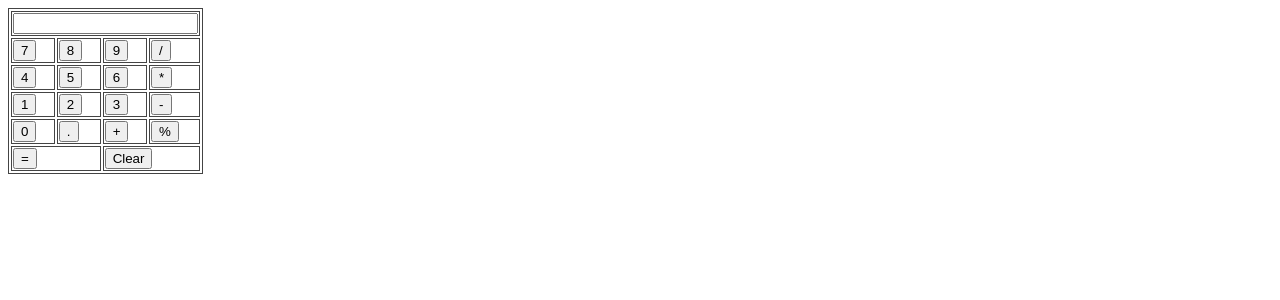
Repository: dhfkdlxm/Lecture-Web
Page: Lecture-Web/WebContent/html/exam/calc.html
An editor plug-in stored every save of this project. The page is shown before and after the next save, followed by the edit.
The browser window is 1280 px wide. The pictures show the whole page.

Above is the page before, as saved 2021-06-11 01:29:35.

### Lecture-Web/WebContent/html/exam/calc.html
<!DOCTYPE html>
<html>
<head>
<meta charset="UTF-8">
<title>Insert title here</title>
<style type="text/css">
table{
border : 1px solid  #444444;
}
th, td{
border : 1px solid  #444444;
}

</style>


</head>
<body>
	<table>
		<thead>
			<tr>
				<td colspan="4"><input type="text"></td>
			</tr>
			<tr>
				<td><input type="button" value="7" /></td>
				<td><input type="button" value="8" /></td>
				<td><input type="button" value="9" /></td>
				<td><input type="button" value="/" /></td>
			</tr>
			<tr>
				<td><input type="button" value="4" /></td>
				<td><input type="button" value="5" /></td>
				<td><input type="button" value="6" /></td>
				<td><input type="button" value="*" /></td>
			</tr>
			<tr>
				<td><input type="button" value="1" /></td>
				<td><input type="button" value="2" /></td>
				<td><input type="button" value="3" /></td>
				<td><input type="button" value="-" /></td>
			</tr>
			<tr>
				<td><input type="button" value="0" /></td>
				<td><input type="button" value="." /></td>
				<td><input type="button" value="+" /></td>
				<td><input type="button" value="%" /></td>
			</tr>
			<tr>
				<td colspan="2"><input type="button" value="=" /></td>
				<td colspan="2"><input type="button" value="Clear" /></td>
			</tr>

		</thead>
		<tbody>
		</tbody>

	</table>
</body>
</html>

After the next save:
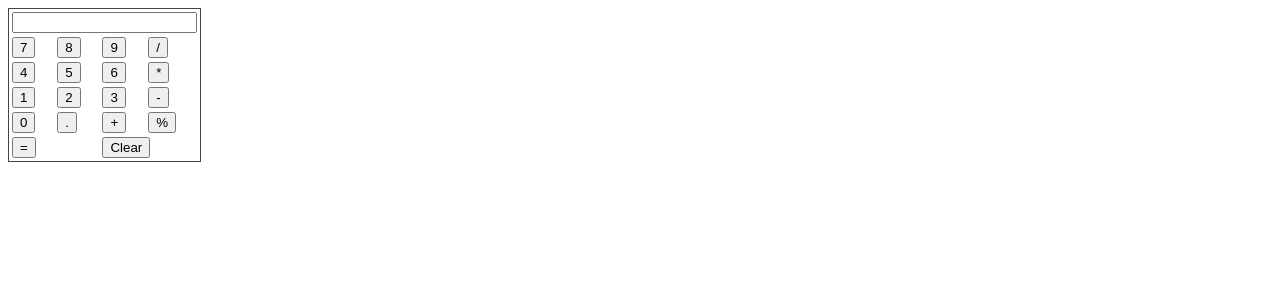
Saved 23 s later.
--- a/Lecture-Web/WebContent/html/exam/calc.html
+++ b/Lecture-Web/WebContent/html/exam/calc.html
@@ -8,6 +8,7 @@
 border : 1px solid  #444444;
 }
 th, td{
+size:100%
 border : 1px solid  #444444;
 }
 

After the save that followed:
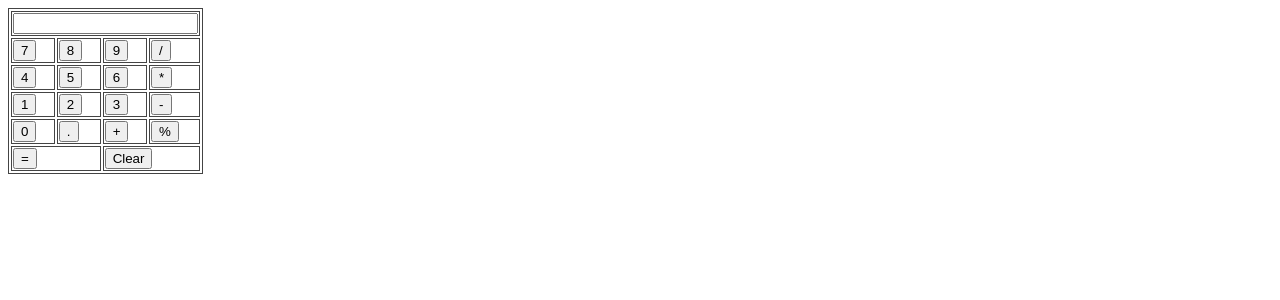
Saved 46 s later.
--- a/Lecture-Web/WebContent/html/exam/calc.html
+++ b/Lecture-Web/WebContent/html/exam/calc.html
@@ -4,14 +4,18 @@
 <meta charset="UTF-8">
 <title>Insert title here</title>
 <style type="text/css">
-table{
-border : 1px solid  #444444;
-}
-th, td{
-size:100%
-border : 1px solid  #444444;
+table {
+	border: 1px solid #444444;
 }
 
+th, td {
+	border: 1px solid #444444;
+}
+
+input[type=button] {
+
+
+}
 </style>
 
 
